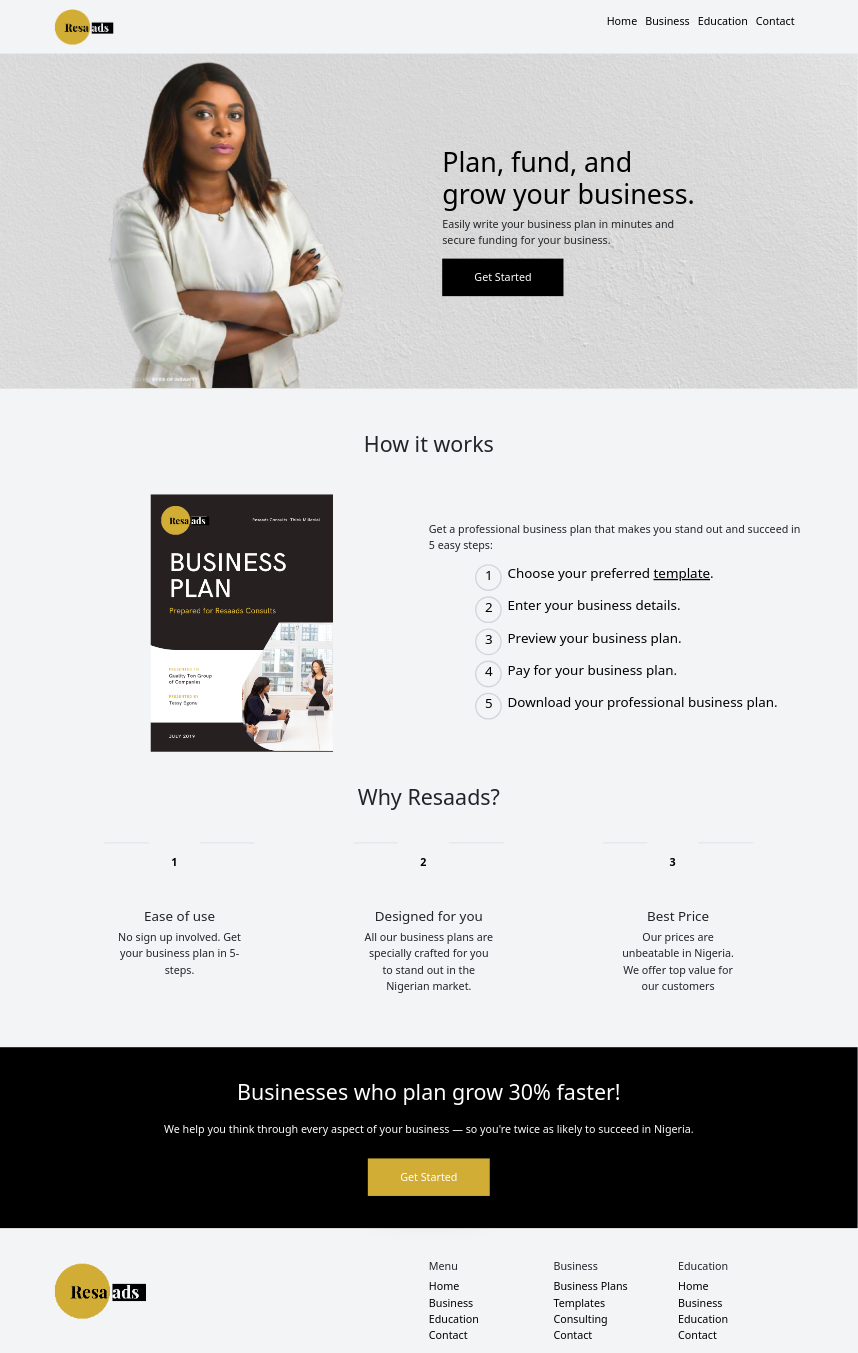
Repository: latenightsnacc/resaads-consults
Page: index.html
These files come from the project's save history. The page is drawn as it stood at one moment and after the next save; the edit follows.
The browser window is 1280 px wide. The pictures show the whole page, at 67% of full size.
Some web libraries are served in a nearby version.

Above is the page before, as saved 2021-08-05 13:52:01.

### index.html
<!DOCTYPE html>
<html lang="en">
<head>
    <meta charset="UTF-8">
    <meta http-equiv="X-UA-Compatible" content="IE=edge">
    <meta name="viewport" content="width=device-width, initial-scale=1.0">
    <!--Tailwind Css-->
    <link href="https://unpkg.com/tailwindcss@^2/dist/tailwind.min.css" rel="stylesheet">
    <!--Bootstrap CSS-->
    <link href="https://cdn.jsdelivr.net/npm/bootstrap@5.0.0-beta3/dist/css/bootstrap.min.css" rel="stylesheet" integrity="sha384-eOJMYsd53ii+scO/bJGFsiCZc+5NDVN2yr8+0RDqr0Ql0h+rP48ckxlpbzKgwra6" crossorigin="anonymous">
    <!--Font Awesome 5 CDN-->
    <link href="https://cdnjs.cloudflare.com/ajax/libs/font-awesome/5.13.0/css/all.min.css" rel="stylesheet">
    <!--Material Icons-->
    <link href="https://fonts.googleapis.com/css?family=Material+Icons|Material+Icons+Outlined|Material+Icons+Two+Tone|Material+Icons+Round|Material+Icons+Sharp" rel="stylesheet">
    <!--Google Font-->
    <link rel="preconnect" href="https://fonts.gstatic.com">
    <link href="https://fonts.googleapis.com/css2?family=Archivo:wght@400;700&display=swap" rel="stylesheet">
    <!--Page Title-->
    <title>Resaads Consults</title>

    <style>
        .primary-bg {
            background-color: #d2ad35 ;
        }
        a.primary:hover {
            color: #d2ad35;
            font-weight: 500;
        }
        .border-yellow-800 {
            border-color: #d2ad35 !important;
        }
        #banner {
            background-image: url('assets/images/pexels-lorenzo-242236.jpg');
            background-size: cover;
        }

    </style>
</head>
<body class="bg-gray-100">
    <header class="container">
        <nav class="flex flex-row h-20 w-full justify-between items-center">
            <a href="index.html" class="w-24">
                <img src="assets/logos/Logo-150px-removebg-preview.png" alt="" class="w-full">
            </a>
            <ul class="flex flex-row">
                <li class="mr-3">
                    <a href="index.html" class="text-black no-underline primary">Home</a>
                </li>
                <li class="mr-3">
                    <a href="" class=" text-black no-underline primary">Business</a>
                </li>
                <li class="mr-3">
                    <a href="" class=" text-black no-underline primary">Education</a>
                </li>
                <li class="mr-3">
                    <a href="" class="text-black no-underline primary">Contact</a>
                </li>
            </ul>
        </nav>
    </header>
    <main>
        <section id="banner">
            <div class="container">
                <div class="flex flex-col md:flex-row">
                    <div class="w-full md:w-1/2">
                        <img src="assets/images/Front-Banner-removebg-preview.png" alt="">
                    </div>
                    <div class="w-full md:w-1/2 flex flex-col justify-center items-center md:items-start pl-5">
                        <h1 class="text-black fontbold">
                            Plan, fund, and
                            <br/><span>grow your business.</span>
                        </h1>
                        <p>Easily write your business plan in minutes and <br/>secure funding for your business. </p>
                        <a href="#" class="no-underline hover:no-underline">
                            <button class="bg-black text-white py-3 px-5">Get Started</button>
                        </a>
                    </div>
                </div>
            </div>
        </section>
        <!--Spacer-->
        <div class="my-5"></div>
        <section id="how-it-works">
            <div class="container">
                <h2 class="text-center pt-3 pb-5">How it works</h2>
                <div class="flex flex-col md:flex-row">
                    <div class="w-full md:w-1/2">
                        <div class="flex justify-center h-96">
                            <img class="h-full" src="assets/images/Resaads Business Plan Cover.png" alt="">
                        </div>

                    </div>
                    <div class="w-full md:w-1/2 ">
                        <div class="flex h-full flex-col items-center justify-center">
                            <p class="my-3">Get a professional business plan that makes you stand out and succeed in 5 easy steps:</p>
                            <ol class="text-normal md:text-xl">
                                <li class="mb-2 text-black flex flex-row group">
                                    <span class="d-block w-10 h-10 border-gray-300 border-2 rounded-full text-center pb-3 mr-2 group-hover:border-yellow-800">1</span><span>Choose your preferred <a href="#" class="text-black primary">template</a>.</span>
                                </li>
                                <li class="mb-2 text-black flex flex-row group">
                                    <span class="d-block w-10 h-10 border-gray-300 border-2 rounded-full text-center pb-3 mr-2 group-hover:border-yellow-800">2</span><span>Enter your business details.</span>
                                </li>
                                <li class="mb-2 text-black flex flex-row group">
                                    <span class="d-block w-10 h-10 border-gray-300 border-2 rounded-full text-center pb-3 mr-2 group-hover:border-yellow-800">3</span><span>Preview your business plan.</span>
                                </li>
                                <li class="mb-2 text-black flex flex-row group">
                                    <span class="d-block w-10 h-10 border-gray-300 border-2 rounded-full text-center pb-3 mr-2 group-hover:border-yellow-800">4</span><span>Pay for your business plan.</span>
                                </li>
                                <li class="mb-2 text-black flex flex-row group">
                                    <span class="d-block w-10 h-10 border-gray-300 border-2 rounded-full text-center pb-3 mr-2 group-hover:border-yellow-800">5</span><span>Download your professional business plan.</span>
                                </li>

                            </ol>
                        </div>
                    </div>
                </div>
            </div>
        </section>
        <!--Spacer-->
        <div class="my-5"></div>
        <section id="why-resaads">
            <div class="container">
                <h2 class="text-center mb-5">Why Resaads?</h2>
                <div class="flex flex-row w-full ">
                    <div class="w-1/3 flex flex-col items-center">
                        <div class="relative w-56  hover:shadow-2xl border-t-2 border-t-gray-300 p-3">
                            <div class="absolute left-14 -top-5">
                                <div class="flex flex-row justify-center items-center bg-gray-100 rounded-full w-24 h-24">
                                    <div class="text-black font-black">1</div>
                                </div>
                            </div>
                            <div class="text-center">
                                <h5 class="mt-20">Ease of use</h5>
                                <p>No sign up involved. Get your business plan in 5-steps.</p>
                            </div>
                        </div>
                    </div>
                    <div class="w-1/3 flex flex-col items-center">
                        <div class="relative w-56  hover:shadow-2xl border-t-2 border-t-gray-300 p-3">
                            <div class="absolute left-14 -top-5">
                                <div class="flex flex-row justify-center items-center bg-gray-100 rounded-full w-24 h-24">
                                    <div class="text-black font-black">2</div>
                                </div>
                            </div>
                            <div class="text-center">
                                <h5 class="mt-20">Designed for you</h5>
                                <p>All our business plans are specially crafted for you to stand out in the Nigerian market.</p>
                            </div>
                        </div>
                    </div>
                    <div class="w-1/3 flex flex-col items-center">
                        <div class="relative w-56  hover:shadow-2xl border-t-2 border-t-gray-300 p-3">
                            <div class="absolute left-14 -top-5">
                                <div class="flex flex-row justify-center items-center bg-gray-100 rounded-full w-24 h-24">
                                    <div class="text-black font-black">3</div>
                                </div>
                            </div>
                            <div class="text-center">
                                <h5 class="mt-20">Best Price</h5>
                                <p>Our prices are unbeatable in Nigeria. We offer top value for our customers</p>
                            </div>
                        </div>
                    </div>
                </div>
            </div>
        </section>
        <!--Spacer-->
        <div class="my-5"></div>
        <section class="bg-black text-white py-5">
            <div class="container">
                <h2 class="text-center">Businesses who plan grow 30% faster!</h2>
                <div class="flex flex-col items-center">
                    <p class="text-center py-3">We help you think through every aspect of your business — so you're twice as likely to succeed in Nigeria.</p>
                    <a href="#" class="">
                        <button class="primary-bg text-white py-3 px-5 shadow-2xl">Get Started</button>
                    </a>
                </div>
            </div>
        </section>
    </main>
    <!--Spacer-->
    <div class="my-5"></div>
    <footer>
        <div class="container">
            <div class="flex flex-row items-start">
                <div class="w-1/2">
                    <a href="index.html" class="w-24">
                        <img src="assets/logos/Logo-150px-removebg-preview.png" alt="" class="" data-title="Photo by Kampus Production from Pexels">
                    </a>
                </div>
                <div class="w-1/2">
                    <div class="flex flex-row">
                        <div class="w-1/3">
                            <h6>Menu</h6>
                            <ul class="flex flex-col justify-start pl-0">
                                <li>
                                    <a href="index.html" class="text-black no-underline primary">Home</a>
                                </li>
                                <li>
                                    <a href="index.html" class="text-black no-underline primary">Business</a>
                                </li>
                                <li>
                                    <a href="index.html" class="text-black no-underline primary">Education</a>
                                </li>
                                <li>
                                    <a href="index.html" class="text-black no-underline primary">Contact</a>
                                </li>
                            </ul>
                        </div>
                        <div class="w-1/3">
                            <h6>Business</h6>
                            <ul class="flex flex-col justify-start pl-0">
                                <li>
                                    <a href="index.html" class="text-black no-underline primary">Business Plans</a>
                                </li>
                                <li>
                                    <a href="index.html" class="text-black no-underline primary">Templates</a>
                                </li>
                                <li>
                                    <a href="index.html" class="text-black no-underline primary">Consulting</a>
                                </li>
                                <li>
                                    <a href="index.html" class="text-black no-underline primary">Contact</a>
                                </li>
                            </ul>
                        </div>
                        <div class="w-1/3">
                            <h6>Education</h6>
                            <ul class="flex flex-col justify-start pl-0">
                                <li>
                                    <a href="index.html" class="text-black no-underline primary">Home</a>
                                </li>
                                <li>
                                    <a href="index.html" class="text-black no-underline primary">Business</a>
                                </li>
                                <li>
                                    <a href="index.html" class="text-black no-underline primary">Education</a>
                                </li>
                                <li>
                                    <a href="index.html" class="text-black no-underline primary">Contact</a>
                                </li>
                            </ul>
                        </div>
                    </div>
                </div>
            </div>
        </div>
    </footer>
</body>
</html>

After the next save:
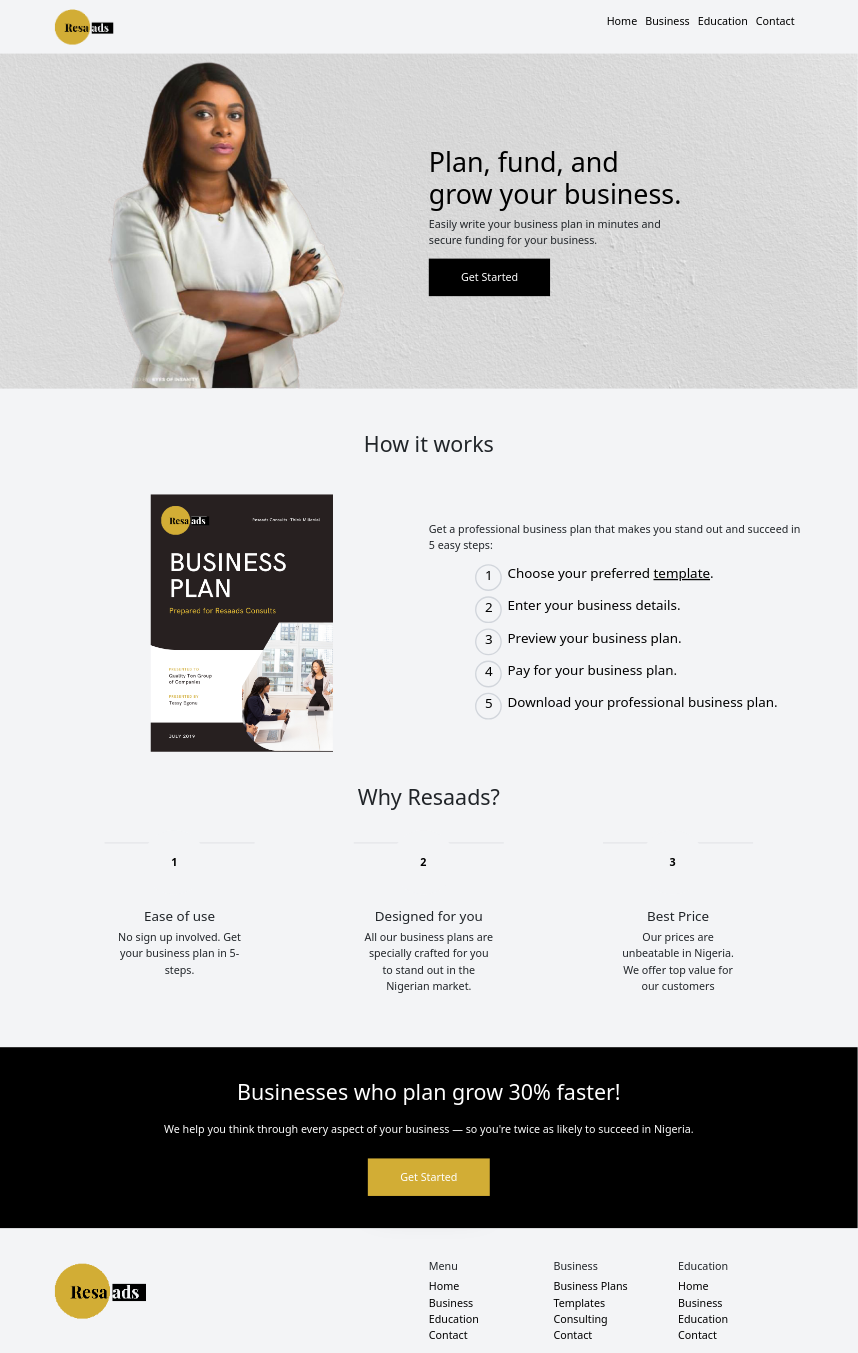
Saved 7 s later.
--- a/index.html
+++ b/index.html
@@ -65,7 +65,7 @@
                     <div class="w-full md:w-1/2">
                         <img src="assets/images/Front-Banner-removebg-preview.png" alt="">
                     </div>
-                    <div class="w-full md:w-1/2 flex flex-col justify-center items-center md:items-start pl-5">
+                    <div class="w-full md:w-1/2 flex flex-col justify-center items-center md:items-start">
                         <h1 class="text-black fontbold">
                             Plan, fund, and
                             <br/><span>grow your business.</span>
